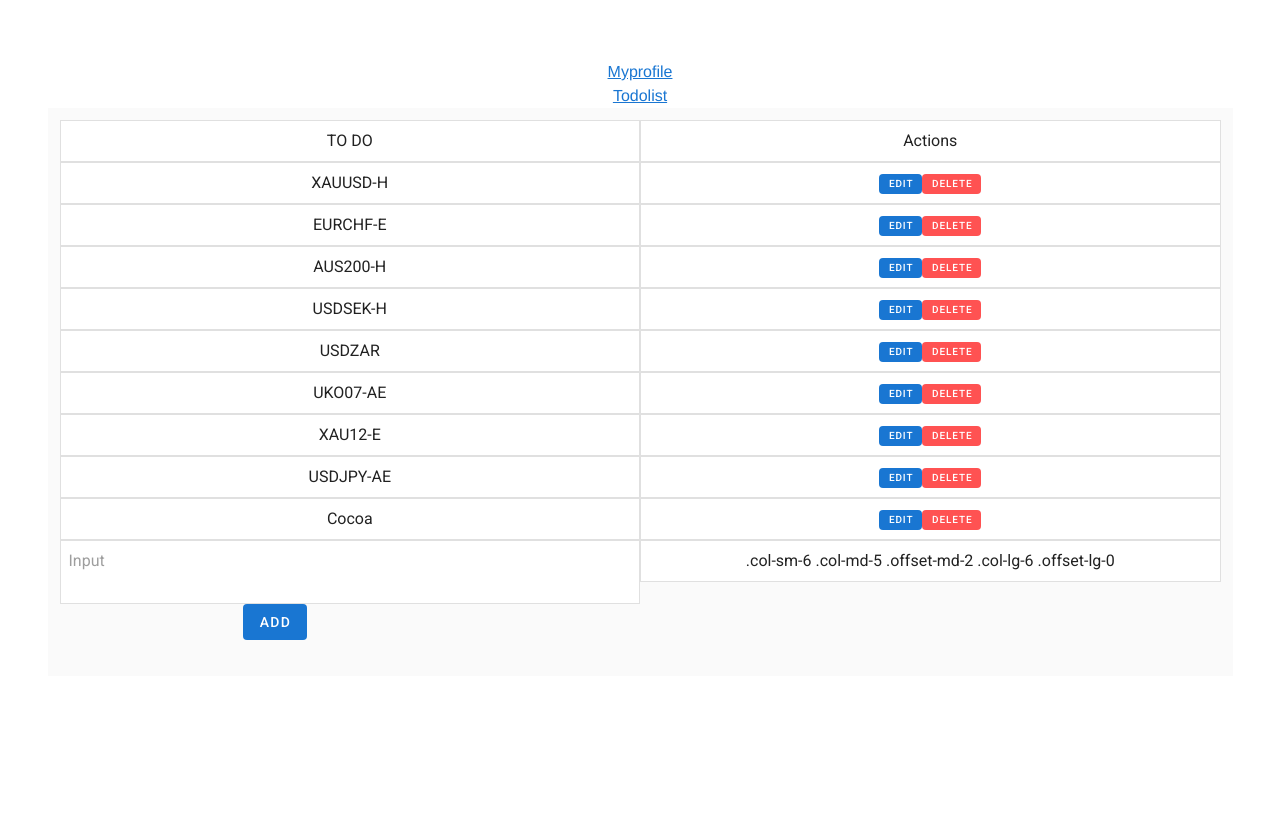
Repository: Shanshan67/todolist
Page: /#/todolist
The author's editor kept a copy of each file at every save. The page is drawn from the files as they stood at one save, then again after the next save.
The browser window is 1280 px wide. The pictures show the whole page.
The project was rebuilt for these pictures with package versions that can differ from the ones it lists, and the page was loaded fresh each time. Requests to the local data server were answered from the project's data file. Also part of the build but not shown: src/pages/Dashboard.vue, src/components/Search.vue, src/components/List.vue, src/pages/Myprofile.vue.

Above is the page before, as saved 2022-07-20 20:15:34.

After the next save:
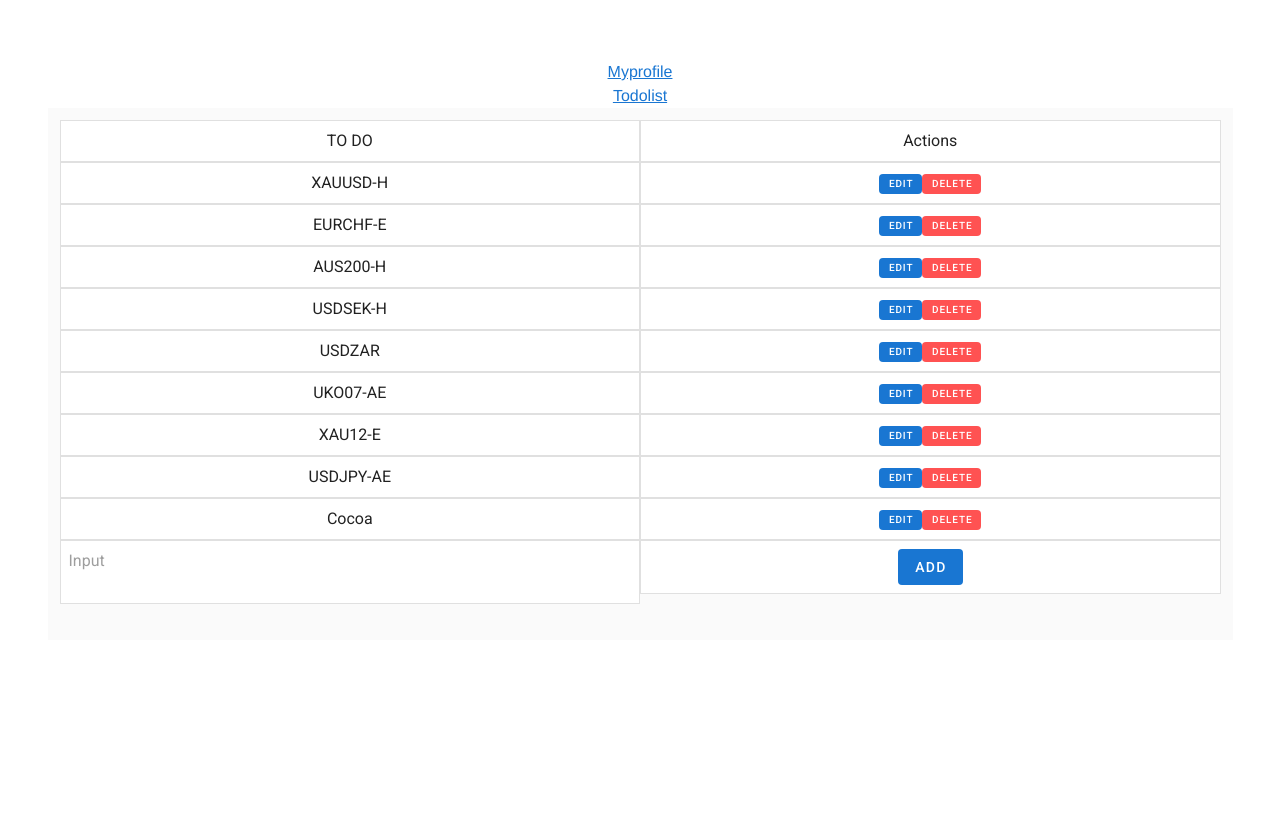
Saved 2 min 20 s later.
--- a/src/pages/Todolist.vue
+++ b/src/pages/Todolist.vue
@@ -29,37 +29,12 @@
         			</v-col>
 					<v-col sm="6" md="5" lg="6">
           				<v-card class="pa-2" outlined tile>
-							<v-input error disabled v-model="todoItem.name" center>
+							<v-input error disabled v-model="todoItem.name">
 								Input
-    						</v-input>
-          				</v-card>
-        </v-col>
-        <v-col
-          sm="6"
-          md="5"
-          offset-md="2"
-          lg="6"
-          offset-lg="0"
-        >
-          <v-card
-            class="pa-2"
-            outlined
-            tile
-          >
-            .col-sm-6 .col-md-5 .offset-md-2 .col-lg-6 .offset-lg-0
-          </v-card>
-        </v-col>
-					<tfoot>
-						<td class="align-middle text-center w-75">
-							<div class="form-group">
-								<input
-									type="text"
-									class="form-control"
-									v-model="todoItem.name"
-								/>
-							</div>
-						</td>
-						<td class="align-middle text-center w-25">
+    						</v-input></v-card>
+					</v-col>
+        			<v-col sm="6" md="5" offset-md="2" lg="6" offset-lg="0">
+          				<v-card class="pa-2" outlined tile>
 							<v-btn
         						depressed
         						color="primary"
@@ -69,8 +44,8 @@
         						depressed
         						color="error"
 								@click="handleCancel">Cancel</v-btn>
-						</td>
-					</tfoot>
+          				</v-card>
+        			</v-col>
 				</v-row>
 			</v-container>
   		</v-app>
